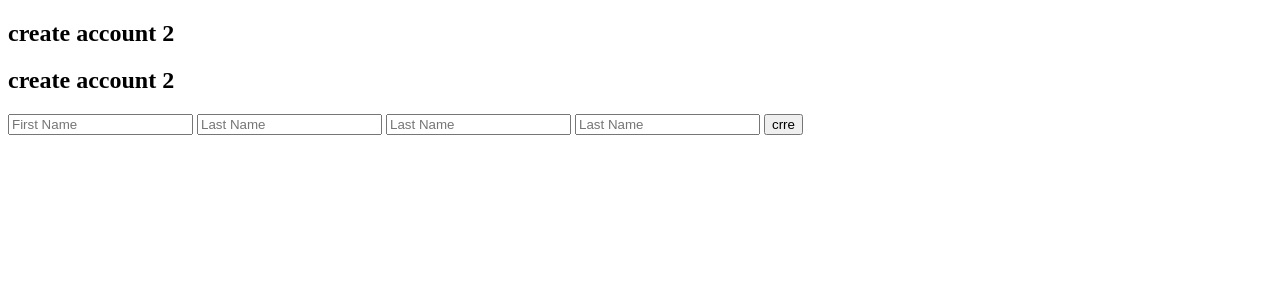
Repository: KolawoleTemilade/classroom-learning
Page: introducingDom/index.html
The author's editor kept a copy of each file at every save. The page is drawn from the files as they stood at one save, then again after the next save.
The browser window is 1280 px wide. The pictures show the whole page.

Above is the page before, as saved 2025-09-25 00:21:29.

After the next save:
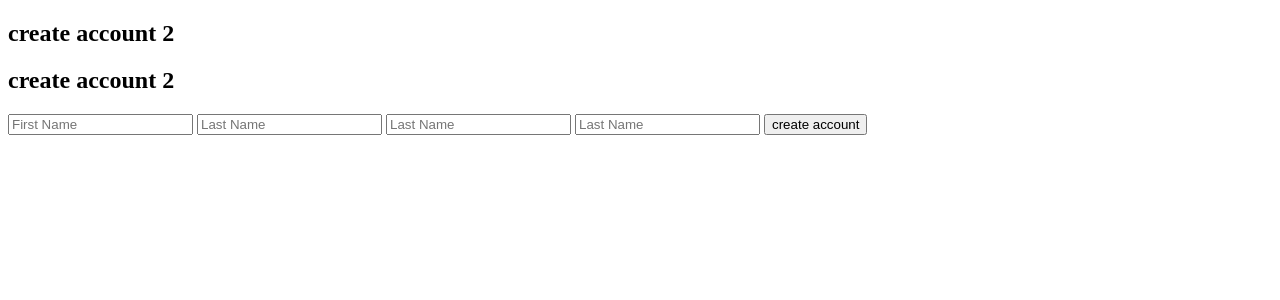
Saved 8 s later.
--- a/introducingDom/index.html
+++ b/introducingDom/index.html
@@ -17,7 +17,7 @@
     <input type="text" id="userLastName" placeholder="Last Name" />
     <input type="email" id="userEmail" placeholder="Last Name" />
     <input type="password" id="userPassword" placeholder="Last Name" />
-<button id="createAccountBtn" > crre</button>
+<button id="createAccountBtn" > create account</button>
 
     <script src="./dom.js"></script>
   </body>
